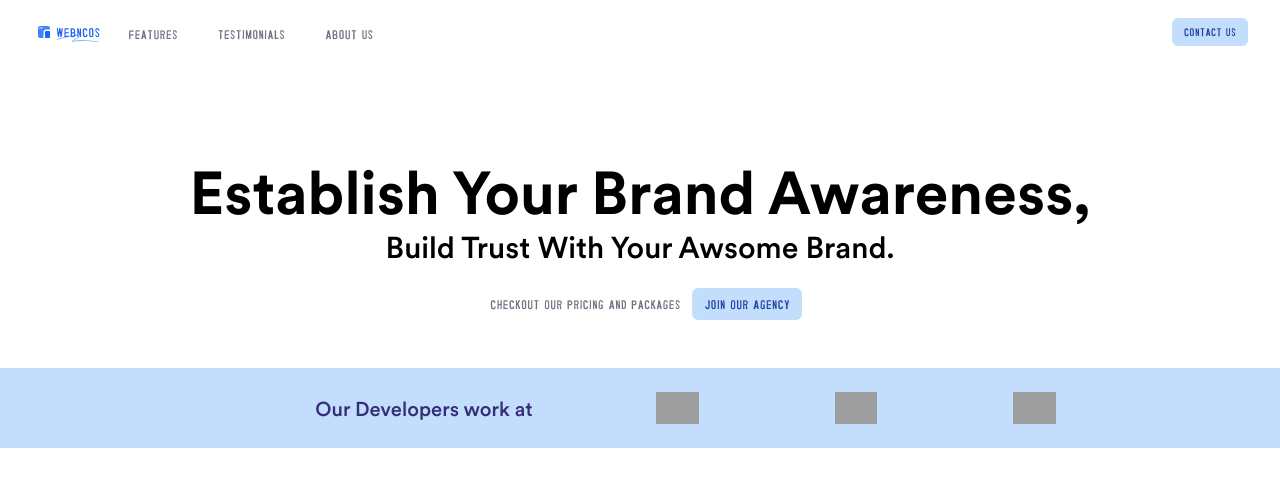
Repository: 1realjulius/webncos
Page: /
These files come from the project's save history. The page is drawn as it stood at one moment and after the next save; the edit follows.
The browser window is 1280 px wide. The pictures show the whole page.
Pictures or frames that could not be fetched are drawn as grey boxes. The project was rebuilt for these pictures with package versions that can differ from the ones it lists, and the page was loaded fresh each time. The framework's server and built-in components were replaced by stand-ins that run in the browser. Also part of the build but not shown: next.config.js.

Above is the page before, as saved 2022-09-01 22:53:39.

### pages/index.tsx
import type { NextPage } from 'next'
import Head from 'next/head'
import ComingSoon from '../components/ComingSoon'
import MainHome from '../components/MainHome'
import NavigationBar from '../components/NavigationBar'

const Home: NextPage = () => {
  return (
    <div className="flex min-h-screen flex-col font-parcel">
      <Head>
      <title>Webncos</title>
        <meta name="description" content="Website and Software Development Agency." />
        <meta property="og:type" content="website"/>
        <meta property="og:url" content="https://www.webncos.com/"/>
        <meta property="og:title" content="Webncos — Website and Software Development Agency."/>
        <meta property="og:description" content="Website and Software Development Agency."/>
        {/* <meta property="og:image" content="/Assets/newmemoji.svg"/> */}
        {/* <meta property="twitter:card" content="/Assets/Julius_Eghan.jpg"/> */}
        <meta property="twitter:url" content="https://www.webncos.com/"/>
        <meta property="twitter:title" content="Webncos — Website and Software Development Agency."/>
        <meta property="twitter:description" content="Website and Software Development Agency."/>
        {/* <meta property="twitter:image" content="/Assets/Julius_Eghan.jpg"/> */}
        <link rel="icon" href="/favicon.ico" />
        {/* <meta name="google-site-verification" content="0HesePHVymRqGiL70HUKPIq0Zsap0uUIb_Ci0DpImRY" /> */}
        <meta name="theme-color" content="#2563eb"   media="(prefers-color-scheme: light)"/>
        <meta name="theme-color" content="#2563eb"   media="(prefers-color-scheme: dark)"/>
      </Head>
      <NavigationBar/>
      <MainHome/>

    </div>
  )
}

export default Home

### styles/globals.css
@tailwind base;
@tailwind components;
@tailwind utilities;

@layer base{
      @font-face{
        font-family: 'ApercuBold';
        src: url("/Fonts/ApercuPro-Bold.woff") format("woff"),url("/Fonts/ApercuPro-Bold.woff2") format("woff2");
      }
      @font-face{
        font-family: 'ApercuMedium';
        src: url("/Fonts/ApercuPro-Medium.woff") format("woff"),url("/Fonts/ApercuPro-Medium.woff2") format("woff2");
      }
      @font-face{
        font-family: 'circularBlack';
        src: url("/Fonts/circular-black.woff2") format("woff2");
      }
      @font-face{
        font-family: 'circularBold';
        src: url("/Fonts/circular-bold.woff2") format("woff2");
      }
      @font-face{
        font-family: 'circularBook';
        src: url("/Fonts/circular-book.woff2") format("woff2");
      }
      @font-face{
        font-family: 'circularMedium';
        src: url("/Fonts/circular-medium.woff2") format("woff2");
      }
      @font-face{
        font-family: 'parcel';
        src: url("/Fonts/parcel.woff2") format("woff2"), url("/Fonts/parcel.woff") format("woff");
      }
    }

### components/MainHome.tsx
import Link from "next/link";
import React from "react";
import Image from "next/image";
import FeatureImg from "/Assets/Julius_Eghan.jpg";
import FImg from "/Assets/Julius_Eghan.jpg";

const MainHome = () => {
  return (
    <div>
      {/* header */}
      <div>
        <div className=" flex flex-col items-center justify-center mt-20 mb-10">
          <div className="pt-4 pb-2">
            <h1 className="text-4xl md:text-6xl text-center font-circularBold">
              Establish Your Brand Awareness,
            </h1>
          </div>
          <div className="pb-4">
            <h2 className="text-xl md:text-3xl font-circularMedium">
              Build Trust With Your Awsome Brand.
            </h2>
          </div>
          <div className="flex flex-col md:flex-row items-center">
            <div className="px-3 py-1 my-2">
              <Link href="#">
                <h3 className="text-gray-500 hover:text-gray-900 cursor-pointer text-base">
                  Checkout Our Pricing And Packages
                </h3>
              </Link>
            </div>
            <Link href="#">
              <div className="px-3 py-1 rounded-md bg-blue-200 active:bg-blue-300 my-2 cursor-pointer">
                <h3 className="text-blue-800 text-base">Join Our Agency</h3>
              </div>
            </Link>
          </div>
        </div>
      </div>
      {/* trusted by brands */}
      <div className="bg-blue-200">
      <div className="max-w-4xl mx-auto py-6 px-4 sm:py-6 sm:px-6 lg:px-8">
        <div className="lg:grid lg:grid-cols-2 lg:gap-8 items-center">
          <h2 className="max-w-md mx-auto text-xl font-circularMedium text-indigo-900 text-center lg:max-w-xl lg:text-left">
            Our Developers work at
          </h2>
          <div className="flow-root self-center mt-8 lg:mt-0">
            <div className="-mt-4 -ml-8 flex flex-wrap justify-between lg:-ml-4">
              <div className="mt-4 ml-8 flex flex-grow flex-shrink-0 justify-center lg:flex-grow-0 lg:ml-4">
                <img
                  className="h-8"
                  src="https://tailwindui.com/img/logos/workcation-logo-indigo-900.svg"
                  alt="Workcation"
                />
              </div>
              <div className="mt-4 ml-8 flex flex-grow flex-shrink-0 justify-center lg:flex-grow-0 lg:ml-4">
                <img className="h-8" src="https://tailwindui.com/img/logos/tuple-logo-indigo-900.svg" alt="Tuple" />
              </div>
              <div className="mt-4 ml-8 flex flex-grow flex-shrink-0 justify-center lg:flex-grow-0 lg:ml-4">
                <img className="h-8" src="https://tailwindui.com/img/logos/level-logo-indigo-900.svg" alt="Level" />
              </div>
            </div>
          </div>
        </div>
      </div>
      </div>
      {/* Fameworks Used */}
      <div></div>
      {/* Services We offer (Features) */}
      <div></div>
      {/* Testimonials */}
      <div></div>
      {/* FAQs */}
      <div></div>
      {/* Other Sections */}
      <div></div>
    </div>
  );
};

export default MainHome;

### components/NavigationBar.tsx
/* This example requires Tailwind CSS v2.0+ */
import { Fragment } from "react";
import { Disclosure, Menu, Transition } from "@headlessui/react";
import { BellIcon, MenuIcon, XIcon } from "@heroicons/react/outline";
import Link from "next/link";

function classNames(...classes: string[]) {
  return classes.filter(Boolean).join(" ");
}

export default function NavigationBar() {
  return (
    <Disclosure as="nav" className="bg-white">
      {({ open }) => (
        <>
          <div className="max-w-7xl mx-auto px-4 sm:px-6 lg:px-8">
            <div className="flex justify-between h-16">
              <div className="flex">
                <div className="flex-shrink-0 flex items-center">
                  {/* the logo */}
                  <Link href="#">
                  <h1 className="text-base leading-none flex flex-row items-center cursor-pointer">
                    <span>
                      <svg className="h-6 w-6 " viewBox="0 0 24 24" fill="none">
                        <path
                          fillRule="evenodd"
                          clipRule="evenodd"
                          d="M8 6C6.89543 6 6 6.89543 6 8V16C6 17.1046 6.89543 18 8 18H10.5C11.0523 18 11.5 17.5523 11.5 17V12C11.5 10.6193 12.6193 9.5 14 9.5H18V8C18 6.89543 17.1046 6 16 6H8ZM7.25 8C7.25 7.58579 7.58579 7.25 8 7.25H8.01C8.42421 7.25 8.76 7.58579 8.76 8C8.76 8.41421 8.42421 8.75 8.01 8.75H8C7.58579 8.75 7.25 8.41421 7.25 8ZM10 7.25C9.58579 7.25 9.25 7.58579 9.25 8C9.25 8.41421 9.58579 8.75 10 8.75H10.01C10.4242 8.75 10.76 8.41421 10.76 8C10.76 7.58579 10.4242 7.25 10.01 7.25H10Z"
                          fill="#E879F9"
                          className="fill-blue-500 "
                        ></path>
                        <path
                          d="M13 12C13 11.4477 13.4477 11 14 11H17C17.5523 11 18 11.4477 18 12V17C18 17.5523 17.5523 18 17 18H14C13.4477 18 13 17.5523 13 17V12Z"
                          fill="#F0ABFC"
                          className="fill-blue-600 "
                        ></path>
                      </svg>
                    </span>
                    <span className="relative whitespace-nowrap text-blue-600 cursor-pointer">
                      <svg
                        aria-hidden="true"
                        viewBox="0 0 418 42"
                        className="absolute top-2/3 left-0 h-[0.48em] w-full fill-blue-500/60"
                        preserveAspectRatio="none"
                      >
                        <path d="M203.371.916c-26.013-2.078-76.686 1.963-124.73 9.946L67.3 12.749C35.421 18.062 18.2 21.766 6.004 25.934 1.244 27.561.828 27.778.874 28.61c.07 1.214.828 1.121 9.595-1.176 9.072-2.377 17.15-3.92 39.246-7.496C123.565 7.986 157.869 4.492 195.942 5.046c7.461.108 19.25 1.696 19.17 2.582-.107 1.183-7.874 4.31-25.75 10.366-21.992 7.45-35.43 12.534-36.701 13.884-2.173 2.308-.202 4.407 4.442 4.734 2.654.187 3.263.157 15.593-.78 35.401-2.686 57.944-3.488 88.365-3.143 46.327.526 75.721 2.23 130.788 7.584 19.787 1.924 20.814 1.98 24.557 1.332l.066-.011c1.201-.203 1.53-1.825.399-2.335-2.911-1.31-4.893-1.604-22.048-3.261-57.509-5.556-87.871-7.36-132.059-7.842-23.239-.254-33.617-.116-50.627.674-11.629.54-42.371 2.494-46.696 2.967-2.359.259 8.133-3.625 26.504-9.81 23.239-7.825 27.934-10.149 28.304-14.005.417-4.348-3.529-6-16.878-7.066Z"></path>
                      </svg>
                      <span className="relative leading-none">Webncos</span>
                    </span>
                  </h1>
                  </Link>
                </div>
                <div className="hidden sm:ml-6 sm:flex sm:space-x-8">
                  <a
                    href="#"
                    className="text-gray-500 text-base hover:text-gray-900 inline-flex items-center px-1 pt-1 "
                  >
                    Features
                  </a>
                  <a
                    href="#"
                    className=" text-gray-500 hover:text-gray-900 inline-flex items-center px-1 pt-1  text-base"
                  >
                    Testimonials
                  </a>
                  <a
                    href="#"
                    className=" text-gray-500 hover:text-gray-900 inline-flex items-center px-1 pt-1  text-base"
                  >
                    About Us
                  </a>
                </div>
              </div>
              <div className="hidden sm:ml-6 sm:flex sm:items-center">
                <Link href='#'>
                <div className="px-3 py-1 bg-blue-200 active:bg-blue-300 rounded-md cursor-pointer">
                  <h2 className="text-blue-800 text-sm">Contact Us</h2>
                </div>
                </Link>
              </div>
              <div className="-mr-2 flex items-center sm:hidden">
                {/* Mobile menu button */}
                <Disclosure.Button className="inline-flex items-center justify-center p-2 rounded-full text-gray-400 hover:text-gray-500 hover:bg-gray-100 ">
                  <span className="sr-only">Open main menu</span>
                  {open ? (
                    <XIcon className="block h-6 w-6" aria-hidden="true" />
                  ) : (
                    <MenuIcon className="block h-6 w-6" aria-hidden="true" />
                  )}
                </Disclosure.Button>
              </div>
            </div>
          </div>

          <Disclosure.Panel className="sm:hidden border-2 rounded-lg px-4 mx-2">
            <div className="flex flex-col pt-4 space-y-1 items-center">
              <a
               className="hover:bg-gray-100 w-full text-center py-2 rounded-md text-base"
               href="#"
               >Features</a>
              <a
               className="hover:bg-gray-100 w-full text-center py-2 rounded-md text-base"
               href="#"
               >Testimonials</a>
              <a
               className="hover:bg-gray-100 w-full text-center py-2 rounded-md text-base"
               href="#"
               >About Us</a>
            </div>
            <div className="flex py-2 items-center justify-center">
              <Link href="#">
                <div className="px-3 py-1 bg-blue-200 active:bg-blue-300 rounded-md cursor-pointer">
                  <h2 className="text-blue-800 text-sm">Contact Us</h2>
                </div>
              </Link>
            </div>
          </Disclosure.Panel>
        </>
      )}
    </Disclosure>
  );
}

### tailwind.config.js
/** @type {import('tailwindcss').Config} */
module.exports = {
  content: [
    './pages/**/*.{js,ts,jsx,tsx}',
    './components/**/*.{js,ts,jsx,tsx}',
    "./node_modules/flowbite-react/**/*.js",
  ],
  theme: {
    extend: {
      fontFamily: {
        ApercuBold: 'ApercuBold, sans',
        ApercuMedium: 'ApercuMedium, sans',
        circularBlack: 'circularBlack, sans',
        circularBold: 'circularBold, sans',
        circularBook: 'circularBook, sans',
        circularMedium: 'circularMedium, sans',
        parcel: 'parcel, sans',
      },
    },
  },
  plugins: [
    require("flowbite/plugin")
  ],
}

Loaded but not shown: pages/_app.tsx (common file)

After the next save:
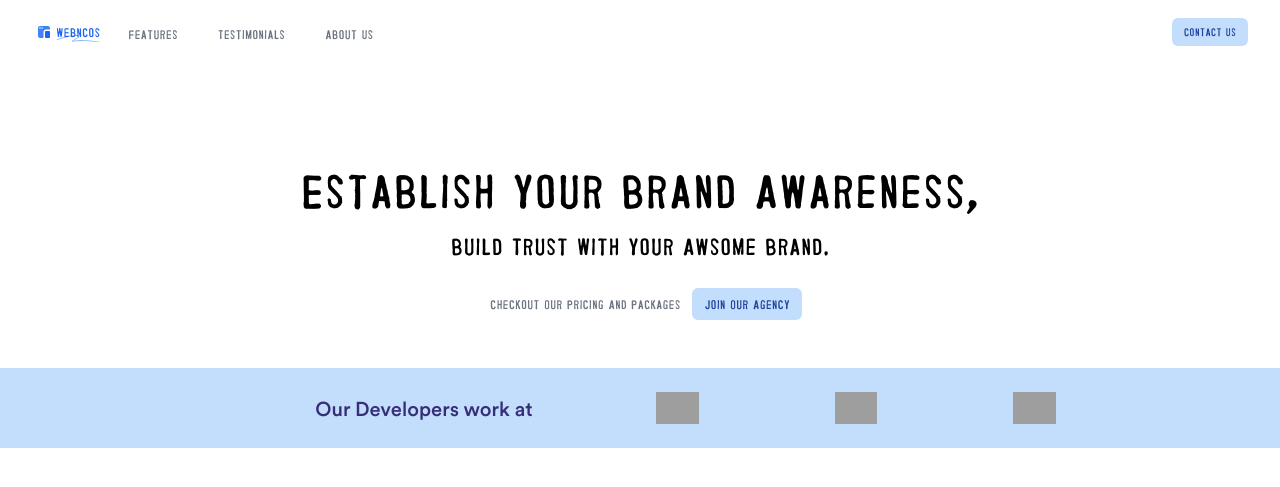
Saved 55 s later.
--- a/components/MainHome.tsx
+++ b/components/MainHome.tsx
@@ -11,12 +11,12 @@
       <div>
         <div className=" flex flex-col items-center justify-center mt-20 mb-10">
           <div className="pt-4 pb-2">
-            <h1 className="text-4xl md:text-6xl text-center font-circularBold">
+            <h1 className="text-4xl md:text-6xl text-center font-parcel">
               Establish Your Brand Awareness,
             </h1>
           </div>
           <div className="pb-4">
-            <h2 className="text-xl md:text-3xl font-circularMedium">
+            <h2 className="text-xl md:text-3xl font-parcel">
               Build Trust With Your Awsome Brand.
             </h2>
           </div>
